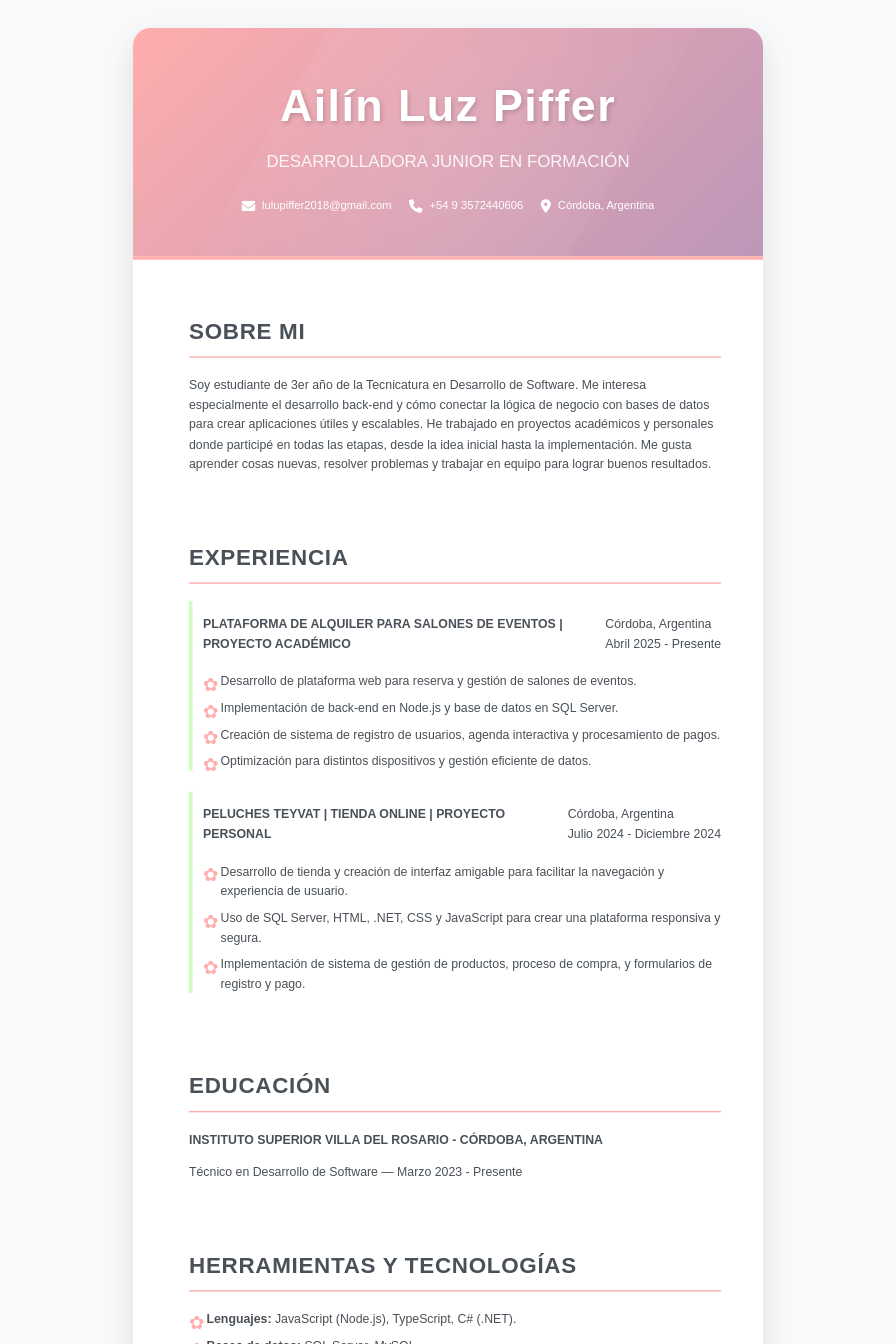
Repository: luzpiffer/curriculum-piffer
Page: index.html
These files come from the project's save history. The page is drawn as it stood at one moment and after a run of saves; the edit follows.
The browser window is 1280 px wide. The pictures show the part of the page from y = 0 to 1920 px (the page is 2709 px tall), at 70% of full size.

Above is the page before, as saved 2025-09-01 19:16:56.

After the next 2 saves:
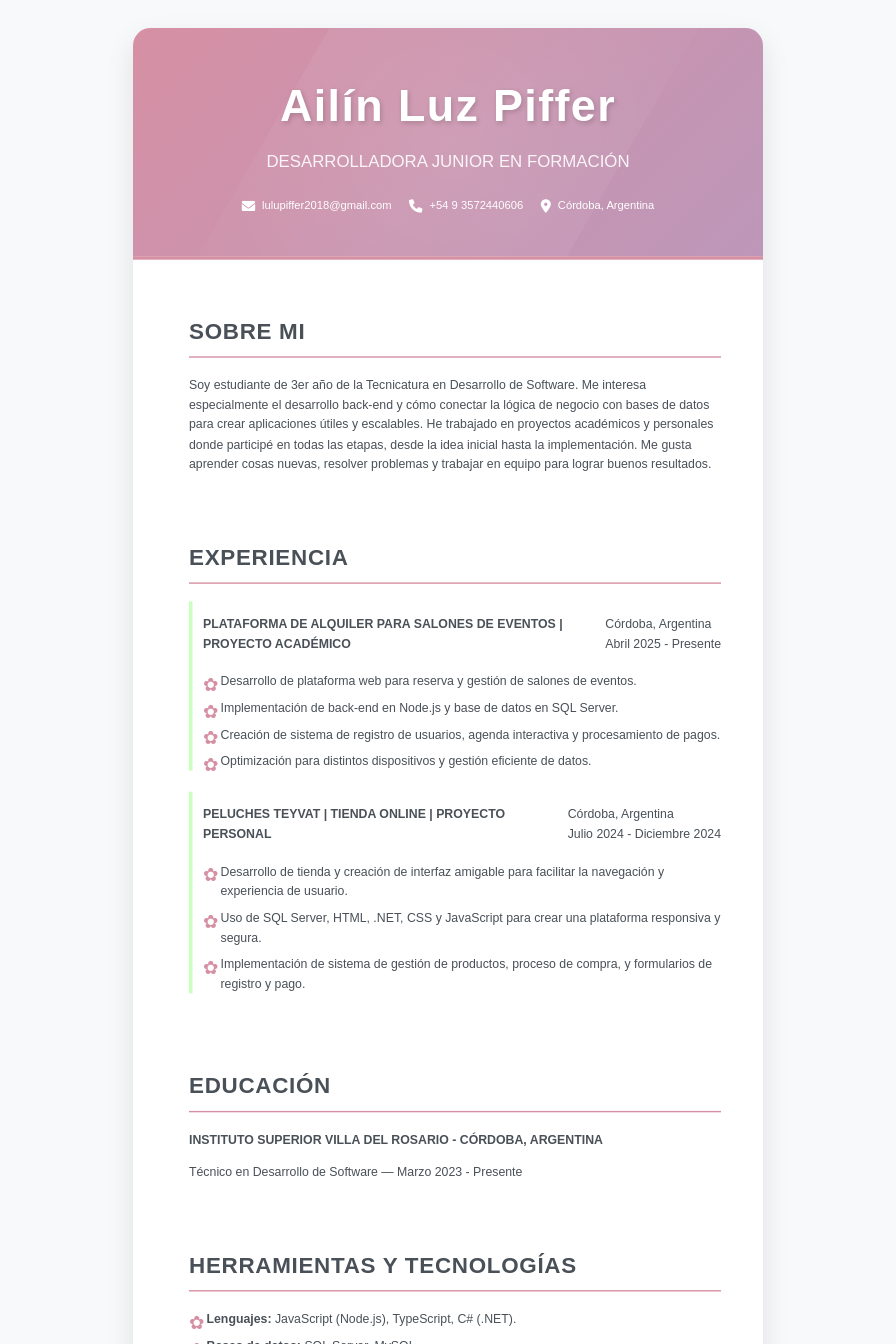
The 2 saves are shown as one change because they came seconds apart.
The last was saved 41 s later.
--- a/style.css
+++ b/style.css
@@ -1,5 +1,5 @@
 :root {
-  --primary-color-cute: #ffadad; /* Rosado pastel */
+  --primary-color-cute: #d690a4; /* Rosado pastel */
   --secondary-color-cute: #bd97b9;
   --tertiary-color-cute: #caffbf; /* Verde menta pastel */
   --background-color: #f8f9fa; /* Fondo muy claro */
